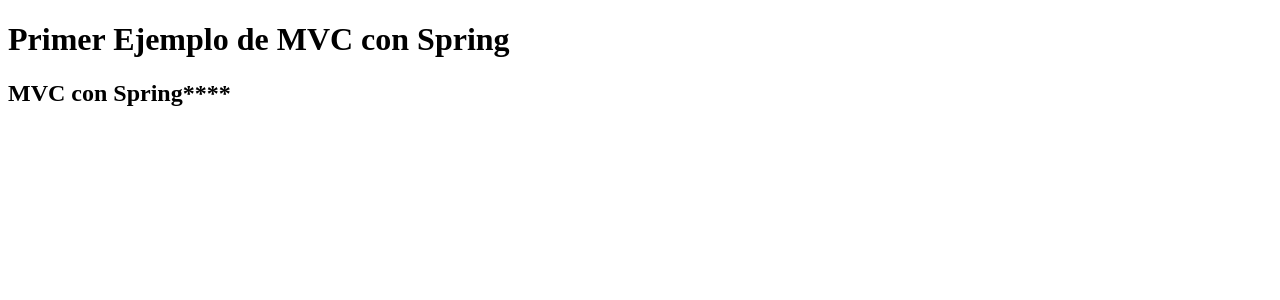
Repository: darwinuzcategui/cursoSpring
Page: http://localhost/Spring_Ejemplo1_MVC/
The author's editor kept a copy of each file at every save. The page is drawn from the files as they stood at one save, then again after the next save.
The browser window is 1280 px wide. The pictures show the whole page.
The page is served by Tomcat 9. Other server files are loaded and not shown.

Above is the page before, as saved 2021-02-07 20:43:40.

### Spring_Ejemplo1_MVC/WebContent/WEB-INF/vista/paginaEjemplo.jsp
<%@ page language="java" contentType="text/html; charset=UTF-8"
    pageEncoding="UTF-8"%>
<!DOCTYPE html>
<html>
<head>
<meta charset="UTF-8">
<title>MI primer ejmplo MVC con Spring</title>
</head>
<body>
<h1>
Primer Ejemplo de MVC con Spring
</h1>
<h2>
MVC con Spring****
</h2>

</body>
</html>

After the next save:
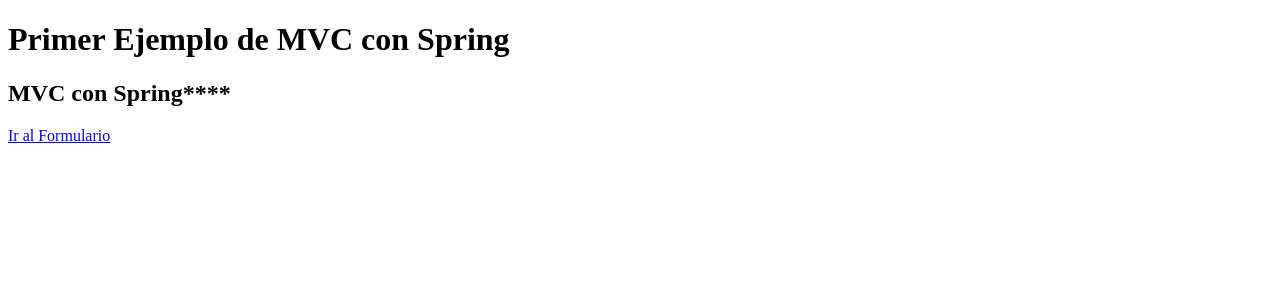
Saved 2 min 58 s later.
--- a/Spring_Ejemplo1_MVC/WebContent/WEB-INF/vista/paginaEjemplo.jsp
+++ b/Spring_Ejemplo1_MVC/WebContent/WEB-INF/vista/paginaEjemplo.jsp
@@ -13,6 +13,7 @@
 <h2>
 MVC con Spring****
 </h2>
+<a href="muestraFormulario">Ir al Formulario</a>
 
 </body>
 </html>
